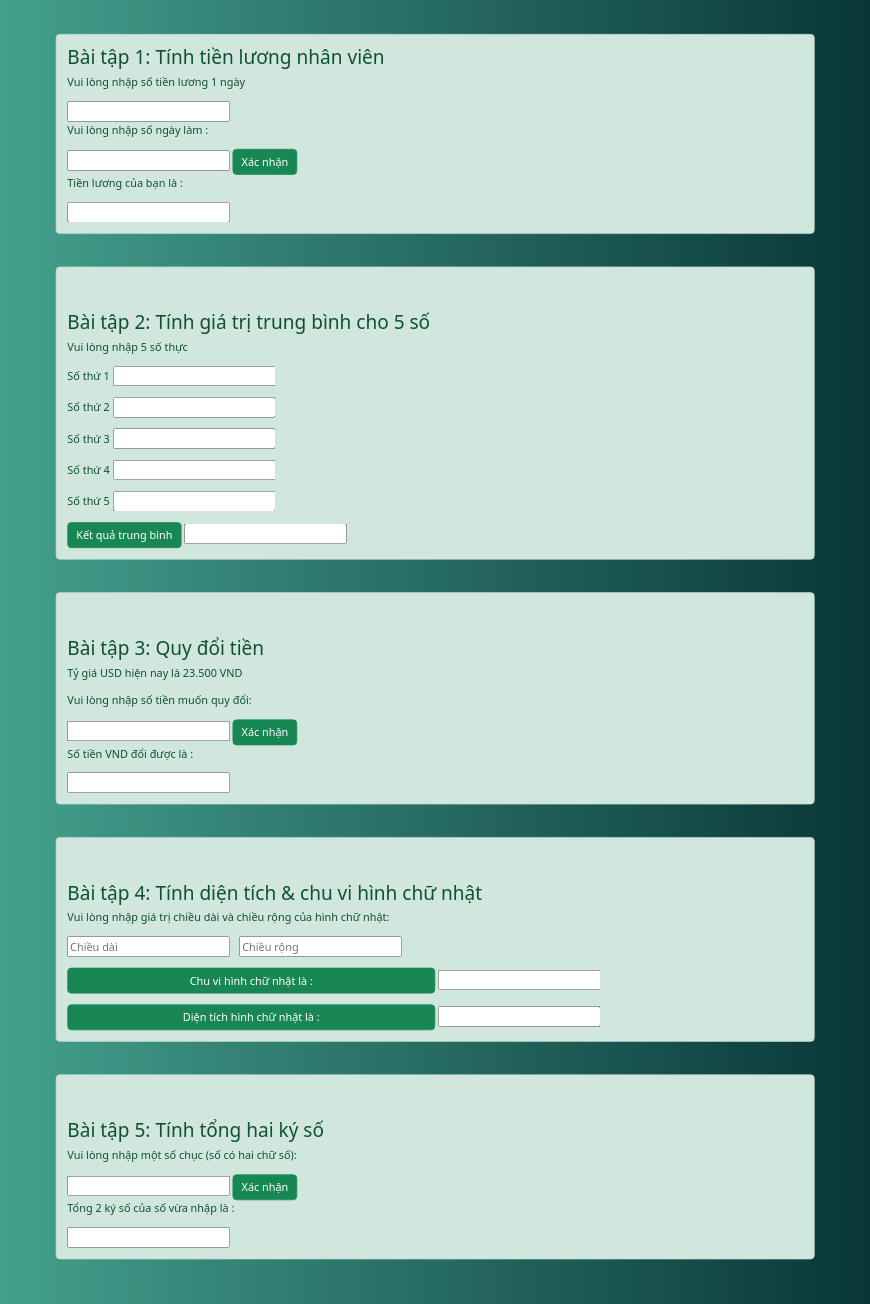
Repository: hcozyph/TranHuuPhuoc_BC43_BT_JS_Buoi2
Page: index.html
The author's editor kept a copy of each file at every save. The page is drawn from the files as they stood at one save, then again after the next save.
The browser window is 1280 px wide. The pictures show the whole page, at 68% of full size.

Above is the page before, as saved 2023-02-03 20:51:19.

### index.html
<!DOCTYPE html>
<html lang="en">
    <head>
        <title>BT JS - Buoi 1</title>
        <!-- Required meta tags -->
        <meta charset="utf-8" />
        <meta
            name="viewport"
            content="width=device-width, initial-scale=1, shrink-to-fit=no"
        />

        <!-- font-family -->
        <link
            href="//fonts.googleapis.com/css2?family=Pacifico&amp;display=swap"
            rel="stylesheet"
        />
        <link
            href="//fonts.googleapis.com/css2?family=Quicksand:wght@300;400;500;600;700&amp;display=swap"
            rel="stylesheet"
        />

        <!-- Bootstrap CSS v5.2.1 -->
        <link
            href="https://cdn.jsdelivr.net/npm/bootstrap@5.2.1/dist/css/bootstrap.min.css"
            rel="stylesheet"
            integrity="sha384-iYQeCzEYFbKjA/T2uDLTpkwGzCiq6soy8tYaI1GyVh/UjpbCx/TYkiZhlZB6+fzT"
            crossorigin="anonymous"
        />

        <!-- FontAwesome 6.2.0 CSS -->
        <link
            rel="stylesheet"
            href="https://cdnjs.cloudflare.com/ajax/libs/font-awesome/6.2.0/css/all.min.css"
            integrity="sha512-xh6O/CkQoPOWDdYTDqeRdPCVd1SpvCA9XXcUnZS2FmJNp1coAFzvtCN9BmamE+4aHK8yyUHUSCcJHgXloTyT2A=="
            crossorigin="anonymous"
            referrerpolicy="no-referrer"
        />

        <!-- index.css -->
        <link rel="stylesheet" href="./style/index.css" />
    </head>

    <body>
        <div class="btvn">
            <!-- BT1 -->
            <div class="container">
                <!-- BT-1 -->
                <div class="BT1 alert alert-success">
                    <h1 class="fs-3">Bài tập 1: Tính tiền lương nhân viên</h1>

                    <!-- <div class="col-4"> -->
                    <p>Vui lòng nhập số tiền lương 1 ngày</p>

                    <input type="text" id="luongMotNgay" />
                    <!-- </div> -->

                    <p>Vui lòng nhập số ngày làm :</p>
                    <input type="number" id="soNgayLam" />
                    <button
                        class="btn btn-success"
                        id="btnXacNhan"
                        onclick="inputSoNgayLam()"
                    >
                        Xác nhận
                    </button>
                    <p>Tiền lương của bạn là :</p>
                    <input type="text" id="result" />
                </div>

                <!-- BT2 -->
                <div class="BT2 alert alert-success mt-5">
                    <h1 class="fs-3 mt-5">
                        Bài tập 2: Tính giá trị trung bình cho 5 số
                    </h1>
                    <p>Vui lòng nhập 5 số thực</p>

                    <p>Số thứ 1 <input type="number" id="n1" /></p>
                    <p>Số thứ 2 <input type="number" id="n2" /></p>
                    <p>Số thứ 3 <input type="number" id="n3" /></p>
                    <p>Số thứ 4 <input type="number" id="n4" /></p>
                    <p>Số thứ 5 <input type="number" id="n5" /></p>

                    <button
                        class="btn btn-success"
                        id="btnAverage"
                        onclick="average()"
                    >
                        Kết quả trung bình
                    </button>
                    <input type="text" id="average" />
                </div>

                <!-- BT3 -->
                <div class="BT3 alert alert-success mt-5">
                    <h1 class="fs-3 mt-5">Bài tập 3: Quy đổi tiền</h1>
                    <p>Tỷ giá USD hiện nay là 23.500 VND</p>
                    <p>Vui lòng nhập số tiền muốn quy đổi:</p>

                    <input type="number" id="inputUsd" />
                    <button
                        class="btn btn-success"
                        id="btnTradeMoney"
                        onclick="tradeMoney ()"
                    >
                        Xác nhận
                    </button>

                    <p>Số tiền VND đổi được là :</p>
                    <input type="text" id="tradeMoney" />
                </div>

                <!-- BT4 -->
                <div class="BT4 alert alert-success mt-5">
                    <h1 class="fs-3 mt-5">
                        Bài tập 4: Tính diện tích & chu vi hình chữ nhật
                    </h1>
                    <p>
                        Vui lòng nhập giá trị chiều dài và chiều rộng của hình
                        chữ nhật:
                    </p>

                    <input type="number" id="length" placeholder="Chiều dài" />
                    <input
                        style="margin-left: 10px"
                        type="number"
                        id="width"
                        placeholder="Chiều rộng"
                    />

                    <div class="chuVi mt-3">
                        <button class="btn btn-success col-6" onclick="chuVi()">
                            Chu vi hình chữ nhật là :
                        </button>
                        <input type="number" id="chuVi" />
                    </div>

                    <div class="dienTich mt-3">
                        <button
                            class="btn btn-success col-6"
                            onclick="dienTich()"
                        >
                            Diện tích hình chữ nhật là :
                        </button>
                        <input type="number" id="dienTich" />
                    </div>
                </div>

                <!-- BT5 -->
                <div class="BT5 alert alert-success mt-5">
                    <h1 class="fs-3 mt-5">Bài tập 5: Tính tổng hai ký số</h1>
                    <p>Vui lòng nhập một số chục (số có hai chữ số):</p>
                    <input type="number" id="inputSoChuc" />
                    <button class="btn btn-success" onclick="tong2KySo()">
                        Xác nhận
                    </button>
                    <p>Tổng 2 ký số của số vừa nhập là :</p>
                    <input type="number" id="tong2KySo" />
                </div>
            </div>
        </div>

        <!-- Bootstrap JavaScript Libraries -->
        <script
            src="https://cdn.jsdelivr.net/npm/@popperjs/core@2.11.6/dist/umd/popper.min.js"
            integrity="sha384-oBqDVmMz9ATKxIep9tiCxS/Z9fNfEXiDAYTujMAeBAsjFuCZSmKbSSUnQlmh/jp3"
            crossorigin="anonymous"
        ></script>

        <script
            src="https://cdn.jsdelivr.net/npm/bootstrap@5.2.1/dist/js/bootstrap.min.js"
            integrity="sha384-7VPbUDkoPSGFnVtYi0QogXtr74QeVeeIs99Qfg5YCF+TidwNdjvaKZX19NZ/e6oz"
            crossorigin="anonymous"
        ></script>

        <!-- js customize -->
        <script src="./index.js"></script>
    </body>
</html>

### style/index.css
.btvn {
    background: linear-gradient(to right, rgb(68, 160, 141), rgb(9, 54, 55));
    background-repeat: no-repeat;
    background-size: cover;
    margin: 0 auto;
    padding: 50px;
}

### index.js
//BT1: Tính tiền lương nhân viên
function inputSoNgayLam () {
    //input:
    var soNgayLam = document.getElementById('soNgayLam').value;
    var luongMotNgay = document.getElementById('luongMotNgay').value;

    //output:
    var result = 0;

    //progress
    var result = parseInt(soNgayLam) * parseInt(luongMotNgay);

    document.getElementById('result').value = result.toLocaleString() + ' VND';
}

//BT2: Tính trung bình cộng 5 số
function average () {
    //input:
    var n1 = document.getElementById('n1').value;
    var n2 = document.getElementById('n2').value;
    var n3 = document.getElementById('n3').value;
    var n4 = document.getElementById('n4').value;
    var n5 = document.getElementById('n5').value;
    //output:
    var average = 0;
    const soLuongInput = 5;

    //progress
    var sum = parseFloat(n1) + parseFloat(n2) + parseFloat(n3) + parseFloat(n4) + parseFloat(n5);

    var average =  sum / parseFloat(soLuongInput) ;

    document.getElementById('average').value = average;
}

//BT3: Quy đổi tiền
function tradeMoney () {
    //input
    var inputUsd = document.getElementById('inputUsd').value;
    const tyGia = 23500;

    //output
    var tradeMoney = 0;

    //progress
    var tradeMoney = parseInt(inputUsd) * parseInt(tyGia);
    document.getElementById('tradeMoney').value = tradeMoney.toLocaleString() + ' VND';
}

//BT4: Tính chu vi & diện tích hình chữ nhật
function chuVi () {
    // input
    var length = document.getElementById('length').value;
    var width = document.getElementById('width').value;

    //output
    var chuVi = ( parseInt(length) + parseInt(width) ) * 2;

    //progress
    document.getElementById('chuVi').value = chuVi.toLocaleString();
}


function dienTich () {
    // input
    var length = document.getElementById('length').value;
    var width = document.getElementById('width').value;

    //output
    var dienTich = parseInt(length) * parseInt(width) ;

    //progress
    document.getElementById('dienTich').value = dienTich.toLocaleString();
}


//BT5: Tính tổng hai ký số
function tong2KySo () {
    //input
    var inputSoChuc = document.getElementById('inputSoChuc').value;
    var hangChuc = 0;
    var hangDonVi = 0;

    //output
    var tong2KySo = 0;

    //progress
    var hangChuc = Math.floor(Number(inputSoChuc)/10)
    var hangDonVi = Math.floor(Number(inputSoChuc)%10)
    var tong2KySo = parseInt(hangChuc) + parseInt(hangDonVi);

    document.getElementById('tong2KySo').value = tong2KySo;
}
/*
Link vercel:
https://tran-huu-phuoc-bc-43-bt-js-buoi1.vercel.app/
*/

After the next save:
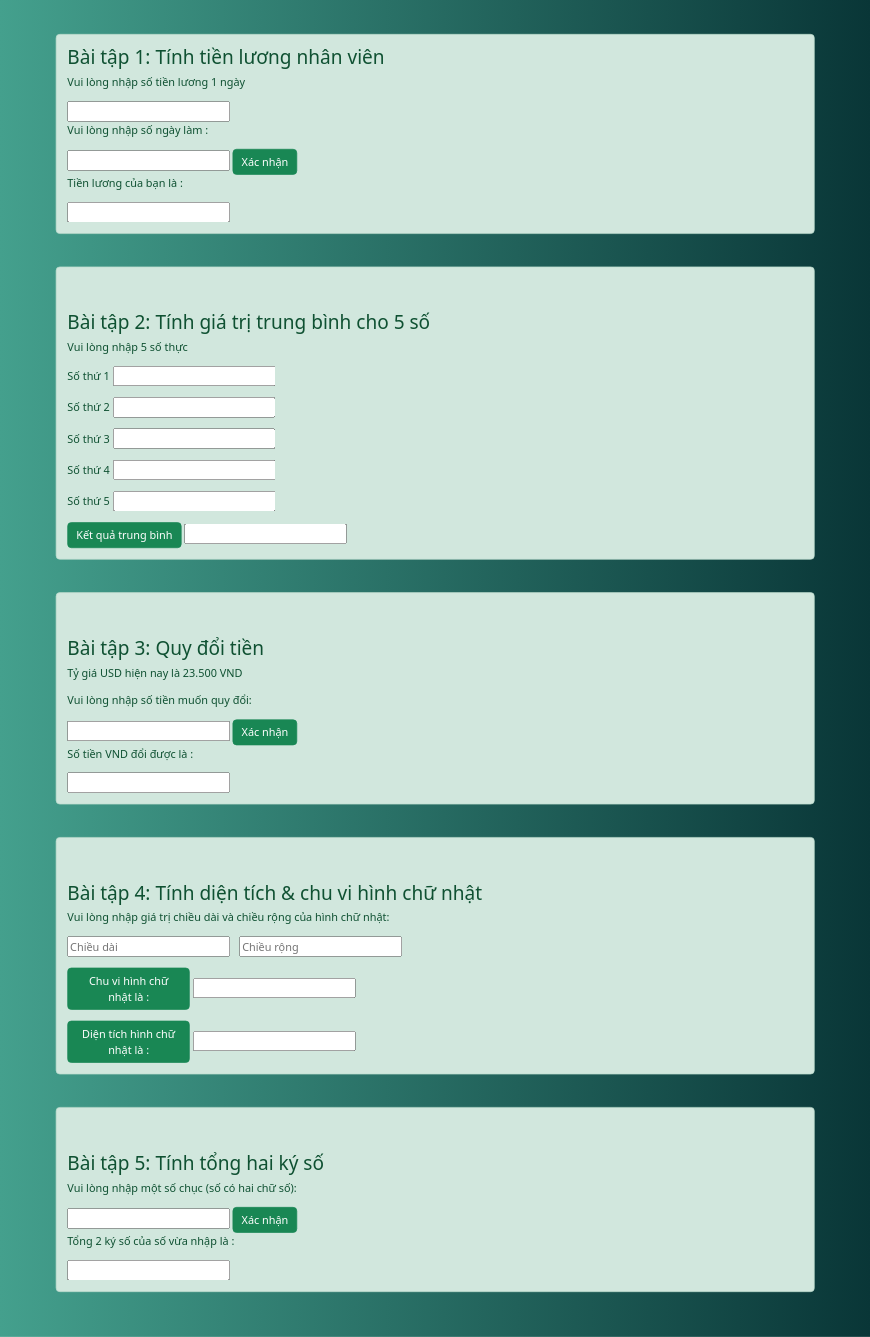
Saved 5 s later.
--- a/index.html
+++ b/index.html
@@ -128,7 +128,7 @@
                     />
 
                     <div class="chuVi mt-3">
-                        <button class="btn btn-success col-6" onclick="chuVi()">
+                        <button class="btn btn-success col-2" onclick="chuVi()">
                             Chu vi hình chữ nhật là :
                         </button>
                         <input type="number" id="chuVi" />
@@ -136,7 +136,7 @@
 
                     <div class="dienTich mt-3">
                         <button
-                            class="btn btn-success col-6"
+                            class="btn btn-success col-2"
                             onclick="dienTich()"
                         >
                             Diện tích hình chữ nhật là :
